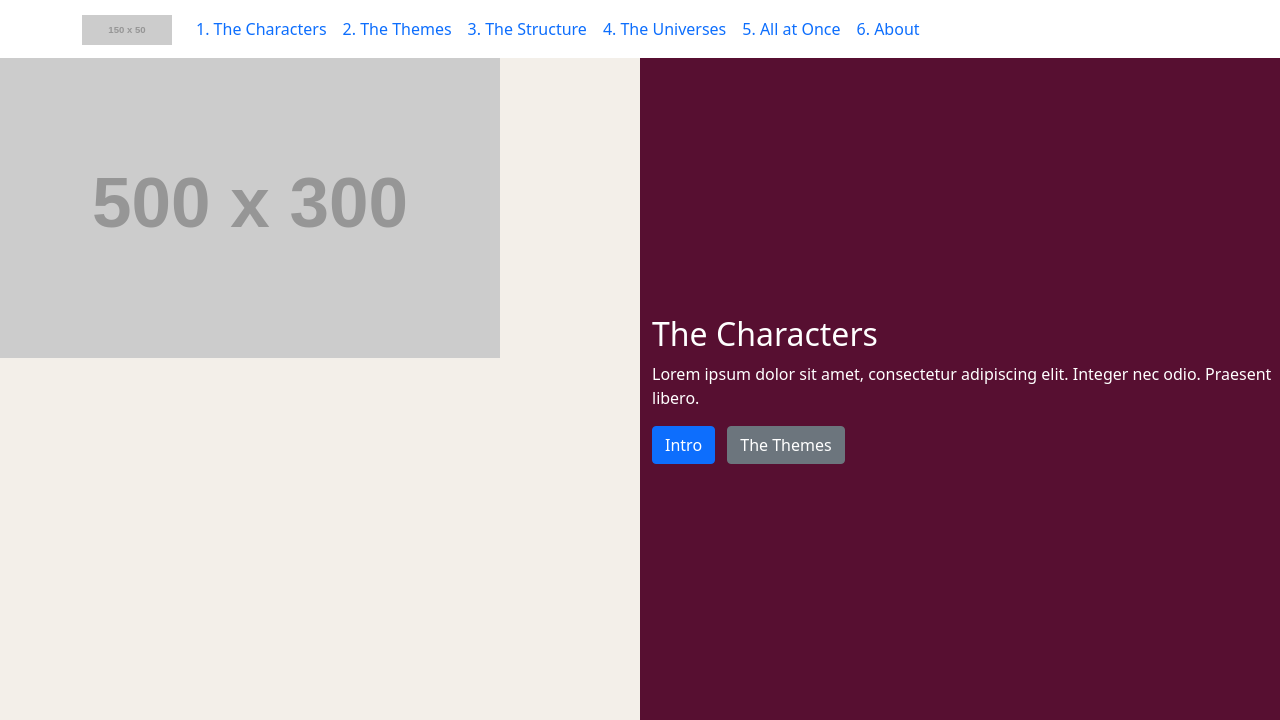
Repository: angelica-hom/msdv-thesis
Page: characters.html
The author's editor kept a record of every edit. The page is drawn from the files as they stood at one moment, then again after the next edit.
The browser window is 1280 px wide. The pictures show the whole page.

Above is the page before.

### characters.html
<!doctype html>
<html lang="en">
<head>
    <meta charset="utf-8">
    <meta name="viewport" content="width=device-width, initial-scale=1">
    <link href="https://cdn.jsdelivr.net/npm/bootstrap@5.1.3/dist/css/bootstrap.min.css" rel="stylesheet">
    <link href="characters.css" rel="stylesheet">
    <title>Responsive Webpage with Image and Text</title>
</head>
<body>
    <nav class="navbar navbar-expand-lg navbar-custom">
        <div class="container">
            <a class="navbar-brand" href="#">
                <img src="https://via.placeholder.com/150x50" alt="Your Brand" height="30">
            </a>
            <div class="collapse navbar-collapse" id="navbarNav">
                <ul class="navbar-nav">
                    <li class="nav-item">
                        <a class="nav-link" href="characters.html">1. The Characters</a>
                    </li>
                    <li class="nav-item">
                        <a class="nav-link" href="themes.html">2. The Themes</a>
                    </li>
                    <li class="nav-item">
                        <a class="nav-link" href="structure.html">3. The Structure</a>
                    </li>
                    <li class="nav-item">
                        <a class="nav-link" href="universes.html">4. The Universes</a>
                    </li>
                    <li class="nav-item">
                        <a class="nav-link" href="once.html">5. All at Once</a>
                    </li>
                    <li class="nav-item">
                        <a class="nav-link" href="about.html">6. About</a>
                    </li>
                </ul>
            </div>
        </div>
    </nav>

    <div class="container-fluid">
        <div class="row">
            <div class="col-md-6 left-section">
                <img src="https://via.placeholder.com/500x300" alt="Static image" class="img-fluid">
            </div>
            <div class="col-md-6 d-flex flex-column justify-content-center right-section">
                <h2>The Characters</h2>
                <p>Lorem ipsum dolor sit amet, consectetur adipiscing elit. Integer nec odio. Praesent libero.</p>
                <div>
                    <a href="intro.html" class="btn btn-primary me-2">Intro</a>
                    <a href="themes.html" class="btn btn-secondary">The Themes</a>
                </div>
            </div>
        </div>
    </div>

    <script src="characters.js"></script>
    <script src="https://cdn.jsdelivr.net/npm/@popperjs/core@2.11.6/dist/umd/popper.min.js"></script>
    <script src="https://cdn.jsdelivr.net/npm/bootstrap@5.1.3/dist/js/bootstrap.min.js"></script>
</body>
</html>

### characters.css
body, html {
    margin: 0;
    height: 100%;
    overflow-x: hidden;
}

.navbar {
    margin-bottom: 0;
}

.container-fluid {
    height: calc(100% - 56px); /* Subtract navbar height */
    padding: 0;
}

.row {
    height: 100%;
}

.left-section {
    background-color: #F3EFE9;
}

.right-section {
    background-color: #570F31;
    color: #FFF; /* Set text color to white for better contrast */
}

### characters.js
document.addEventListener('keydown', function (event) {
    if (event.code === 'ArrowLeft') {
        window.location.href = 'intro.html';
    }
});

document.addEventListener('keydown', function (event) {
    if (event.code === 'ArrowRight') {
        window.location.href = 'themes.html';
    }
});

After the next edit:
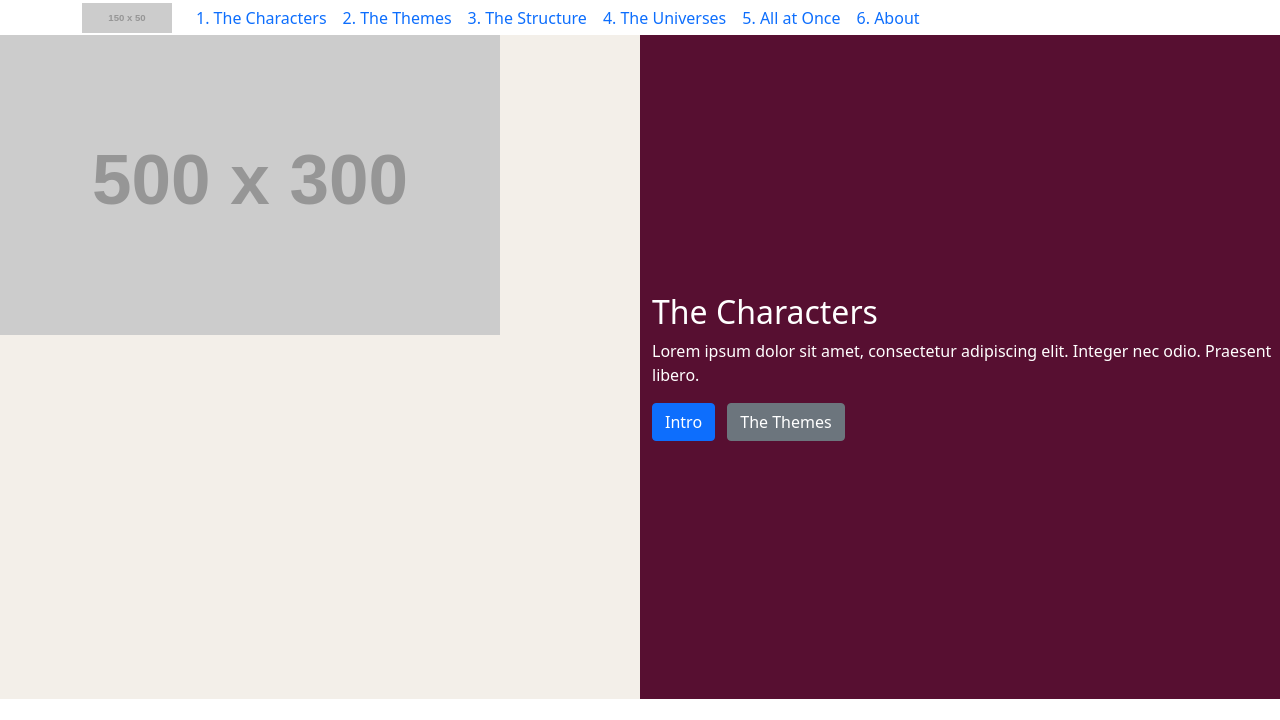
The edit:
--- a/characters.css
+++ b/characters.css
@@ -6,6 +6,8 @@
 
 .navbar {
     margin-bottom: 0;
+    height: 35px;
+    align-items: center; /* Center the navbar content vertically */
 }
 
 .container-fluid {
